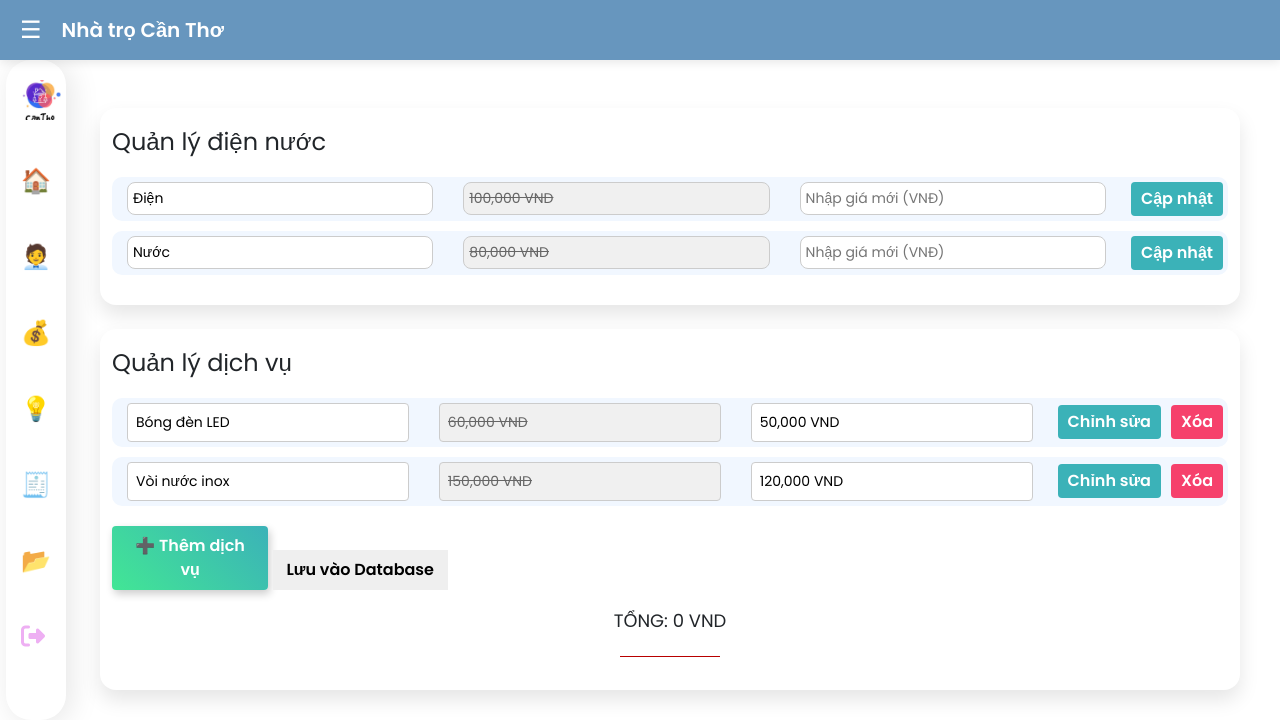
Repository: nhutty0402/DoAn02
Page: HTML/dichvu.html
The author's editor kept a copy of each file at every save. The page is drawn from the files as they stood at one save, then again after the next save.
The browser window is 1280 px wide. The pictures show the whole page.

Above is the page before, as saved 2025-03-20 23:48:35.

After the next save:
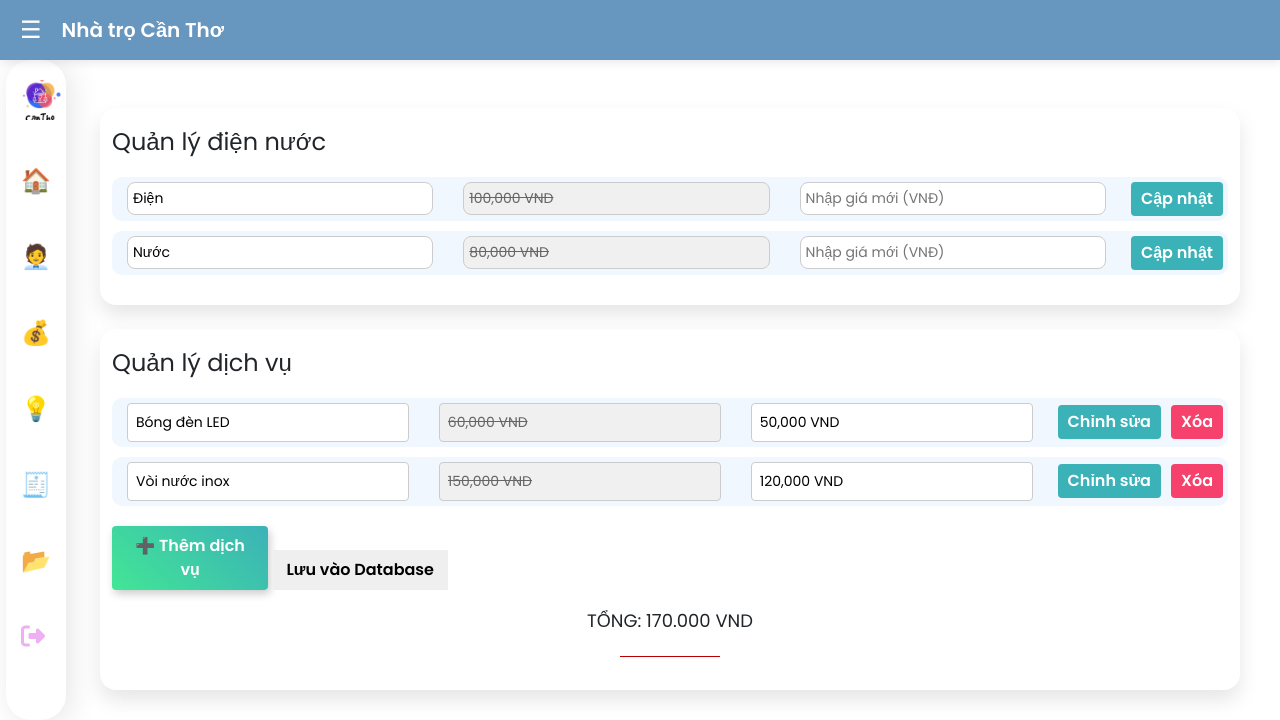
Saved 22 s later.
--- a/HTML/dichvu.html
+++ b/HTML/dichvu.html
@@ -199,7 +199,7 @@
     </script>
     <!--Tính tổng-->
     <script>
-        // Hàm tính tổng giá mới (chỉ trả về giá trị, không hiển thị)
+        // Hàm tính tổng giá mới và hiển thị
         function calculateTotal() {
             const newPriceInputs = document.querySelectorAll('.new-price');
             let total = 0;
@@ -211,7 +211,55 @@
                 total += price;
             });
 
+            // Định dạng tổng với dấu phẩy và thêm " VND"
+            const formattedTotal = total.toLocaleString('vi-VN') + ' VND';
+            document.getElementById('total-price').textContent = formattedTotal;
+
             return total; // Trả về tổng để sử dụng cho database
+        }
+
+        // Hàm thu thập dữ liệu dịch vụ
+        function getServiceData() {
+            const services = [];
+            const serviceElements = document.querySelectorAll('.service');
+
+            serviceElements.forEach(service => {
+                const productName = service.querySelector('.product-name').value;
+                const oldPrice = service.querySelector('.old-price').value.replace(' VND', '').replace(/,/g, '');
+                const newPrice = service.querySelector('.new-price').value.replace(' VND', '').replace(/,/g, '');
+
+                services.push({
+                    productName: productName,
+                    oldPrice: parseFloat(oldPrice) || 0,
+                    newPrice: parseFloat(newPrice) || 0
+                });
+            });
+
+            const total = calculateTotal();
+            return { services, total };
+        }
+
+        // Hàm gửi dữ liệu lên database
+        function saveToDatabase() {
+            const data = getServiceData();
+
+            // Gửi dữ liệu lên server (giả lập)
+            fetch('/api/save-services', {
+                method: 'POST',
+                headers: {
+                    'Content-Type': 'application/json',
+                },
+                body: JSON.stringify(data),
+            })
+            .then(response => response.json())
+            .then(result => {
+                console.log('Dữ liệu đã được lưu:', result);
+                alert('Đã lưu dữ liệu thành công!');
+            })
+            .catch(error => {
+                console.error('Lỗi khi lưu dữ liệu:', error);
+                alert('Có lỗi xảy ra khi lưu dữ liệu!');
+            });
         }
 
         // Hàm thêm dịch vụ mới
@@ -229,7 +277,7 @@
                 </div>
             `;
             serviceList.appendChild(newService);
-            console.log('Tổng giá mới:', calculateTotal()); // Log tổng để kiểm tra
+            calculateTotal(); // Cập nhật tổng sau khi thêm
         }
 
         // Hàm chỉnh sửa dịch vụ
@@ -244,9 +292,19 @@
                 button.textContent = 'Lưu';
             } else {
                 // Lưu và chuyển về chế độ readonly
-                inputs.forEach(input => input.setAttribute('readonly', true));
+                inputs.forEach(input => {
+                    input.setAttribute('readonly', true);
+                    // Đảm bảo giá có định dạng "VND" khi lưu
+                    if (input.classList.contains('old-price') || input.classList.contains('new-price')) {
+                        const priceText = input.value.replace(' VND', '').replace(/,/g, '');
+                        const price = parseFloat(priceText);
+                        if (!isNaN(price)) {
+                            input.value = price.toLocaleString('vi-VN') + ' VND';
+                        }
+                    }
+                });
                 button.textContent = 'Chỉnh sửa';
-                console.log('Tổng giá mới:', calculateTotal()); // Log tổng để kiểm tra
+                calculateTotal(); // Cập nhật tổng sau khi lưu
             }
         }
 
@@ -254,13 +312,11 @@
         function deleteService(button) {
             const service = button.closest('.service');
             service.remove();
-            console.log('Tổng giá mới:', calculateTotal()); // Log tổng để kiểm tra
-        }
-
-        // Log tổng ban đầu khi trang được tải
-        window.onload = function() {
-            console.log('Tổng giá ban đầu:', calculateTotal());
-        };
+            calculateTotal(); // Cập nhật tổng sau khi xóa
+        }
+
+        // Tính tổng khi trang được tải
+        window.onload = calculateTotal;
     </script>
 </body>
 </html>
